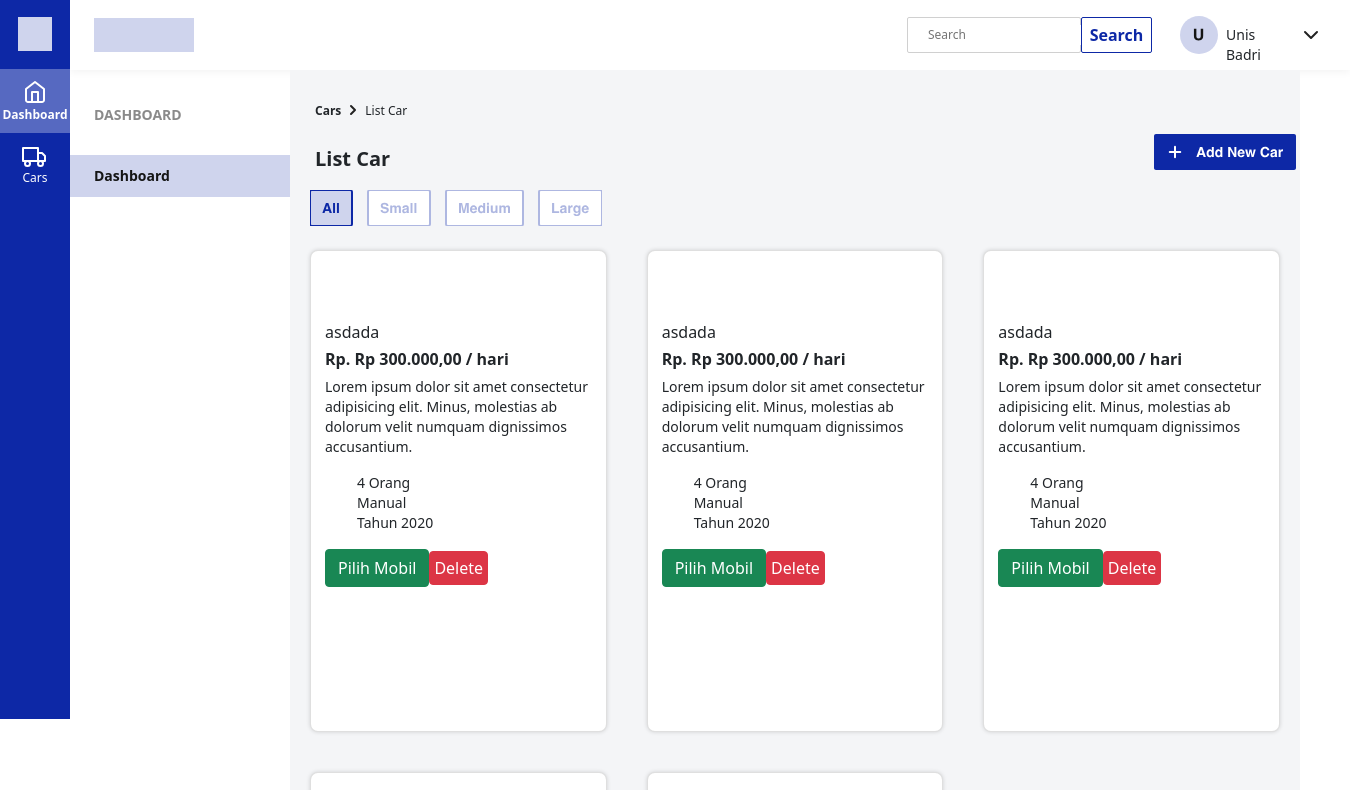
Repository: farrelmuhammad/challenge-7-binar
Page: /carlist
The author's editor kept a copy of each file at every save. The page is drawn from the files as they stood at one save, then again after the next save.
The browser window is 1280 px wide. The page is 1350 px wide, so the pictures cover 1350 px, including what lies to the right of the window. The pictures show the whole page.
An inner scrolling area shows only its first screen. The project was rebuilt for these pictures with package versions that can differ from the ones it lists, and the page was loaded fresh each time. Also part of the build but not shown: src/component/navbar.js, src/component/header.js, src/component/footer.js, src/App.js, src/component/admin/Dashboard/index.jsx, src/pages/admin/Dashboard.js, src/component/searchForm.js, src/pages/cars.js.

Above is the page before, as saved 2022-05-27 19:58:38.

### src/index.css
body {
  font-family: Helvetica Neue, Helvetica, Arial, sans-serif;
  font-style: normal;
  font-weight: normal;
  font-size: 14px;
  line-height: 20px;
  margin: 0;
  padding: 0;
}

h1,
h2,
h3,
h4,
h5 {
  line-height: 150%;
}

.header{
  background-color: #F1F3FF;
}

.footer i {
  color: #0D28A6;
  font-size: x-large;
}

.bg-darkblue{
  background-color: #0D28A6;
}

.logo {
  background-color: #0D28A6;
  width: 100px;
  height: 34px;
}

code {
  font-family: source-code-pro, Menlo, Monaco, Consolas, 'Courier New',
    monospace;
}

.card-cari {
  width: 1047px;
  /* height: 106px; */
  margin-top: -50px;
  z-index: 2;
}
.button-cari {
  width: 92px !important;
  margin-top: 30px;
  height: 36px;
}
.activeCari {
  height: 100%;
  width: 0;
  position: fixed;
  z-index: 2;
  top: 0;
  left: 0;
  background-color: rgba(0, 0, 0, 0.5);
  overflow-x: hidden;
  transition: 0.5s;
  padding-top: 34px;
}

### src/component/admin/Navbar.jsx
import { Link } from 'react-router-dom';
import './Navbar.css';

const Navbar = () => {
  return (
    <header>
      {/* navbar top */}
      <div className="nav-top navbar">
        <div className="logo"></div>
        <span
          className="icon-menu iconify"
          data-icon="charm:menu-hamburger"
          data-width="24"
        ></span>
        <form className="nav-search d-flex">
          <div className="box-search">
            <span
              className="iconify"
              data-icon="akar-icons:search"
              data-width="18"
            ></span>
            <input type="search" placeholder="Search" />
          </div>
          <button className="button-search" type="submit">
            Search
          </button>
        </form>
        <div className="profile">
          <img src="img/profile.svg" alt="profile" />
          <p>Unis Badri</p>
          <img className="dropdown" src="img/dropdown.svg" alt="dropdown" />
        </div>
      </div>

      {/* navbar side */}
      <div className="nav-side">
        <div className="nav-blue">
          <div className="square"></div>
          <div className="frame-menu">
            <div className="dash-img" id="active">
              <a href="/dashboard">
                <img src="/img/dashboard.svg" alt="dashboard" />
              </a>
              <a href="/dashboard">Dashboard</a>
            </div>
            <div className="dash-img">
              <Link to="/carlist">
              <a>
                <img src="/img/cars.svg" alt="cars" />
                Cars
              </a>
              </Link>
            </div>
          </div>
        </div>
        <div className="nav-white">
          <div className="title-menu">
            <h1>DASHBOARD</h1>
          </div>
          <div className="list-menu">
            <h1>Dashboard</h1>
          </div>
        </div>
      </div>
    </header>
  );
};

export default Navbar;

### src/component/admin/Cars/index.jsx

import { Link } from "react-router-dom";
import "./Content.css";

const CarsListContent= () => {
    const dataOrder = [
        {
          id: "1",
          email: "admin@admin.com",
          car: "Innova",
          start: "05-05-2022",
          finish: "08-05-2022",
          price: "Rp 300.000,00",
          status: "Done",
        },
        {
          id: "2",
          email: "admin@admin.com",
          car: "Innova",
          start: "05-05-2022",
          finish: "08-05-2022",
          price: "Rp 300.000,00",
          status: "Done",
        },
        {
          id: "3",
          email: "admin@admin.com",
          car: "Innova",
          start: "05-05-2022",
          finish: "08-05-2022",
          price: "Rp 300.000,00",
          status: "Done",
        },
        {
          id: "4",
          email: "admin@admin.com",
          car: "Innova",
          start: "05-05-2022",
          finish: "08-05-2022",
          price: "Rp 300.000,00",
          status: "Done",
        },
        {
          id: "5",
          email: "admin@admin.com",
          car: "Innova",
          start: "05-05-2022",
          finish: "08-05-2022",
          price: "Rp 300.000,00",
          status: "Done",
        },
      ];

  return (
    <>
      <div className="content">
        <div className="breadcrumb">
          <h1>Cars</h1>
          <img src="img/arrow-right.svg" alt="arrow-right" />
          <p>List Car</p>
        </div>
        <div className="row">
            <div className="col">
                <h1 className="title-h1">List Car</h1>
            </div>
            <div className="col mt-5 p-3 text-end">
                <img src="img/btn-addcar.svg" alt="add new"/>
            </div>
        </div>
        <div className="breadcumb ms-3 p-1">
          <img src="img/breadcumb carlist.svg" alt="" />
        </div>

        {/* order table */}
        <div className="container-car">
            {dataOrder?.map((order, i) => (
                <div key={order.id} className="card">
                    <div className="image">
                        <img src="" alt="" />
                    </div>
                    <div className="info">
                        <h6>asdada</h6>
                        <h6 className="price">Rp. {order.price} / hari</h6>
                        <p>Lorem ipsum dolor sit amet consectetur adipisicing elit. Minus, molestias ab dolorum velit numquam dignissimos accusantium.</p>
                        <ul>
                            <li>4 Orang</li>
                            <li>Manual</li>
                            <li>Tahun 2020</li>
                        </ul>
                        <Link to='/' className="btn btn-success text-white">Pilih Mobil</Link>
                        <Link to='/' className="btn btn-danger text-white p-1">Delete</Link>
                    </div>
                </div>
            ))}
        </div>

        {/* table navigation */}
        <div className="table-nav">
          <div className="limit-nav">
            <p>Limit</p>
            <img src="img/form-drop.svg" alt="form-drop" />
          </div>
          <div className="jump-nav">
            <p>Jump to page</p>
            <img src="img/form-drop-2.svg" alt="form-drop-2" />
          </div>
          <div className="go-nav">
            <h1>Go</h1>
          </div>
          <div className="page-number">
            <img src="img/page-number.svg" alt="page-number" />
          </div>
        </div>

        <div className="list-car">
          <img src="img/line-blue.svg" alt="" />
          <h1>List Car</h1>
        </div>
        {/* car table */}
        <div className="list-table">
          <table className="table table-borderless">
            <thead>
              <tr>
                <th style={{ textAlign: "center" }}>No</th>
                <th>
                  Name
                  <img className="sort" src="img/sort.svg" alt="sort" />
                </th>
                <th>
                  Category
                  <img className="sort" src="img/sort.svg" alt="sort" />
                </th>
                <th>
                  Price
                  <img className="sort" src="img/sort.svg" alt="sort" />
                </th>
                <th>
                  Start Rent
                  <img className="sort" src="img/sort.svg" alt="sort" />
                </th>
                <th>
                  Finish Rent
                  <img className="sort" src="img/sort.svg" alt="sort" />
                </th>
                <th>
                  Created at
                  <img className="sort" src="img/sort.svg" alt="sort" />
                </th>
                <th>
                  Updated at
                  <img className="sort" src="img/sort.svg" alt="sort" />
                </th>
              </tr>
            </thead>
            <tbody>
              {/* {dataCarAdmin?.map((car, i) => (
                <>
                  <tr>
                    <td key={car.id} style={{ textAlign: "center" }}>
                      {i + 1}
                    </td>
                    <td>{car.name}</td>
                    <td>{car.category}</td>
                    <td>{car.price}</td>
                    <td>{car.start_rent_at}</td>
                    <td>{car.finish_rent_at}</td>
                    <td>{car.createdAt}</td>
                    <td>{car.updatedAt}</td>
                  </tr>
                </>
              ))} */}
            </tbody>
          </table>
        </div>

        {/* table navigation */}
        <div className="table-nav">
          <div className="limit-nav">
            <p>Limit</p>
            <img src="img/form-drop.svg" alt="form-drop" />
          </div>
          <div className="jump-nav">
            <p>Jump to page</p>
            <img src="img/form-drop-2.svg" alt="form-drop-2" />
          </div>
          <div className="go-nav">
            <h1>Go</h1>
          </div>
          <div className="page-number">
            <img src="img/page-number.svg" alt="page-number" />
          </div>
        </div>
      </div>
    </>
  );
};

export default CarsListContent

### src/component/admin/Navbar.css
h1 {
    font-size: 14px;
    line-height: 20px;
}

header .nav-top {
    position: absolute;
    width: 1280px;
    height: 70px;
    left: 70px;
    right: 0;
    top: 0px;
    box-shadow: 0px 2px 8px rgba(0, 0, 0, 0.05);
}

header .nav-top .logo {
    position: absolute;
    width: 100px;
    height: 34px;
    left: 24px;
    top: 18px;
    background: #CFD4ED;
}

header .nav-top .icon-menu {
    position: absolute;
    width: 24px;
    height: 24px;
    left: 244px;
    top: 23px;
}

header .nav-top .nav-search {
    display: flex;
    flex-direction: row;
    align-items: flex-start;
    padding: 0px;
    position: absolute;
    width: 245px;
    height: 36px;
    left: 837px;
    top: 17px;
}

header .nav-top .nav-search .box-search {
    display: flex;
    flex-direction: row;
    align-items: center;
    padding-left: 12px;
    width: 174px;
    height: 36px;
    border: 1px solid #D0D0D0;
    border-radius: 2px;
    font-size: 12px;
    line-height: 18px;
    color: #8A8A8A;
}

header .nav-top .nav-search .box-search > input {
    border: none;
    outline: none;
    padding-left: 8px;
}

header .nav-top .nav-search .button-search {
    display: flex;
    flex-direction: row;
    justify-content: center;
    align-items: center;
    padding: 8px 12px;
    width: 71px;
    height: 36px;
    background-color: white;
    border: 1px solid #0D28A6;
    border-radius: 2px;
    font-weight: 700;
    color:#0D28A6;
}

header .nav-top .profile {
    display: flex;
    flex-direction: row;
    align-items: center;
    position: absolute;
    width: 143px;
    height: 38px;
    left: 1110px;
    right: 24px;
    top: 16px;
}

header .nav-top .profile > p {
    position: absolute;
    width: 65px;
    height: 20px;
    left: 46px;
    top: 9px;
    font-weight: 400;
    font-size: 14px;
    line-height: 20px;
}

header .nav-top .profile .dropdown {
    position: absolute;
    width: 24px;
    height: 24px;
    left: 119px;
    top: 7px;
}

header .nav-side {
    position: absolute;
    width: 290px;
    height: 100%;
    left: 0px;
    top: -1px;
}

header .nav-side .nav-blue {
    position: absolute;
    left: 0%;
    right: 75.86%;
    top: 0%;
    bottom: 0%;
    background: #0D28A6;
}

header .nav-side .nav-blue .square {
    position: absolute;
    width: 34px;
    height: 34px;
    left: 18px;
    top: 18px;
    background: #CFD4ED;
}

header .nav-side .nav-blue .frame-menu {
    display: flex;
    flex-direction: column;
    align-items: flex-start;
    padding: 0px;
    position: absolute;
    width: 70px;
    height: 128px;
    left: 0px;
    top: 70px;
}

header .nav-side .nav-blue .frame-menu .dash-img {
    display: flex;
    flex-direction: column;
    justify-content: center;
    align-items: center;
    padding: 20px 23px;
    position: static;
    width: 70px;
    height: 64px;
    left: 0px;
    top: 0px;
}

#active {
    font-weight: 700;
    background: rgba(255, 255, 255, 0.3);
}

header .nav-side .nav-blue .frame-menu .dash-img a {
    font-size: 12px;
    line-height: 18px;
    margin-top: 2px;
    text-decoration: none;
    color: white;
}

header .nav-side .nav-blue img:last-child {
    margin-top: 0;
}

header .nav-side .nav-white {
    position: absolute;
    left: 24.14%;
    right: 0%;
    top: 7.76%;
    bottom: 0.22%;
}

header .nav-side .nav-white .title-menu {
    position: absolute;
    width: 220px;
    height: 42px;
    left: 24px;
    top: 50px;
}

header .title-menu h1 {
    font-weight: 700;
    color: #8A8A8A;
    left: 24px;
}

header .nav-side .nav-white .list-menu {
    position: static;
    margin-top: 100px;
    width: 220px;
    height: 42px;
    padding: 11px 24px;
    background: #CFD4ED;
}

header .list-menu h1 {
    font-weight: 700;
    color: #151515;
    left: 24px;
}

### src/component/admin/Dashboard/Content.css
.content {
    position: absolute;
    overflow: auto;
    left: 290px;
    top: 70px;
    /* width: 1280px; */
    height: 100%;
    background: #F4F5F7;
    font-size: 14px;
    line-height: 20px;
}

.content .breadcrumb {
    position: absolute;
    width: 300px;
    height: 18px;
    left: 25px;
    top: 32px;
}

.content .breadcrumb > h1 {
    font-size: 12px;
    line-height: 18px;
    font-weight: 700;
}

.content .breadcrumb > p {
    font-size: 12px;
    line-height: 18px;
    font-weight: 300;
}

.content .breadcrumb > img {
    width: 16px;
    height: 16px;
    margin-left: 4px;
    margin-right: 4px;
}

.content .title-h1 {
    font-size: 20px;
    line-height: 30px;
    font-weight: 700;
    margin-left: 25px;
    margin-top:74px;
}

.content .list-order {
    margin-top: 24px;
    position: absolute;
    width: 79px;
    height: 24px;
    margin-left: 25px;
}

.content .list-order > img {
    width: 4px;
    height: 24px;
}

.content .list-order > h1 {
    float: right;
    font-weight: 700;
    margin-left: 8px;
}

.content .list-table table {
    margin-left: 25px;
    margin-top: 72px;
    width: 100%;
    table-layout: fixed;
    background-color: white;
    border: 1px solid none;
    border-radius: 2px;
}

.content .list-table table thead {
    background-color: rgba(207, 212, 237, 1);
    font-weight: 700;
}

.content .list-table table thead th:first-child {
    width: 40px;
}

.content .list-table table thead th > img {
    float: right;
}

.content .table-nav {
    display: flex;
    flex-direction: row;
    width: 1010px;
    font-size: 12px;
    line-height: 18px;
    font-weight: 300;
}

.content .table-nav .limit-nav{
    margin-left: 25px;
}

.content .table-nav .limit-nav p {
    font-size: 12px;
    line-height: 18px;
}

.content .table-nav .jump-nav {
    margin-left: 24px;
}

.content .table-nav .jump-nav p {
    font-size: 12px;
    line-height: 18px;
}

.content .table-nav .go-nav {
    width: 43px;
    height: 36px;
    margin-top: 34px;
    background: #0D28A6;
    border-radius: 0px 2px 2px 0px;
}

.content .table-nav .go-nav > h1 {
    text-align: center;
    font-weight: bold;
    color: white;
    padding: 8px 8px;
}

.content .table-nav .page-number {
    margin-top: 33px;
    margin-left: 550px;
}

.content .list-car {
    margin-top: 24px;
    position: absolute;
    width: 65px;
    height: 24px;
    margin-left: 25px;
}

.content .list-car > img {
    width: 4px;
    height: 24px;
}

.content .list-car > h1 {
    float: right;
    font-weight: 700;
    margin-left: 8px;
}

.content .title-button-car {
    display: inline-flex;
}

.content .title-button-car > h1 {
    margin-right: 800px;
}

.content .title-button-car > a img {
    margin-top: 74px;
}

.content .button-category {
    margin-top: 24px;
    margin-left: 8px;
    display: inline-flex;
}

.content .button-category img {
    margin-left: 16px;
}

.content .cars-card {
    width: 320px;
    height: 482px;
    margin-left: 25px;
    margin-top: 24px;
    box-shadow: 0px 0px 4px rgba(0, 0, 0, 0.15);
    border-radius: 8px;
}

.content .cars-card .card-img-top {
    width: 270px;
    height: 160px;
    margin: auto;
    margin-top: 55px;
}

.content .cars-card .card-body {
    padding: 24px;
}

.content .cars-card .card-body .bold-h1 {
    font-weight: 700;
    font-size: 16px;
    line-height: 24px;
    margin-bottom: 0;
}

.content .cars-card .card-body-text {
    display: inline-flex;
    width: 303px;
    height: 20px;
    margin-top: 16px;
}

.content .cars-card .card-body-text img {
    margin-right: 8px;
    width: 20px;
    height: 20px;
}

.content .cars-card .button-card {
    display: inline-flex;
    margin-left: 8px;
    margin-top: 24px;
}

.content .cars-card .button-card img {
    width: 120px;
}

.content .cars-card .button-card img:last-child {
    margin-left: 16px;
}

.content .form-add-new-car {
    width: 1010px;
    height: 350px;
    background: white;
    margin-top: 32px;
    margin-left: 25px;
}

.content .form-add-new-car .content-form {
    padding-top: 16px;
    padding-left: 25px;
    font-weight: 300;
    font-size: 12px;
    line-height: 18px;
}

.content .form-add-new-car .content-form label {
    width: 147px;
}

.content .form-add-new-car .content-form input {
    width: 339px;
    height:auto;
    border: 1px solid #D0D0D0;
    border-radius: 2px;
    color: #8A8A8A;
    font-weight: 300;
    font-size: 12px;
    line-height: 18px;
}

.content .form-add-new-car .content-form .content-box {
    margin-left: 4px;
}

.content .form-add-new-car .content-h1 h1 {
    display: inline-flex;
    margin-left: 25px;
    margin-top: 16px;
    font-weight: 300;
    font-size: 12px;
    line-height: 18px;
}

.content .form-add-new-car .content-h1 h1:first-child {
    width: 147px;
}

.content .form-add-new-car .content-h1 h1:last-child {
    margin-left: 8px;
}

.content .button-form {
    display: inline-flex;
    margin-left: 9px;
}

.content .button-form img {
    margin-left: 16px;
    margin-top: 282px;
    margin-bottom: 40px;
}

Loaded but not shown: public/index.html (common file); src/app/store.js (common file); src/reportWebVitals.js (common file); src/features/counter/counterAPI.js (common file); src/features/counter/counterSlice.js (73 lines, source omitted); src/index.js (26 lines, source omitted); src/Routes.js (23 lines, source omitted); src/pages/admin/CarsList.js (14 lines, source omitted); src/component/admin/Cars/Content.css (333 lines, source omitted)

After the next save:
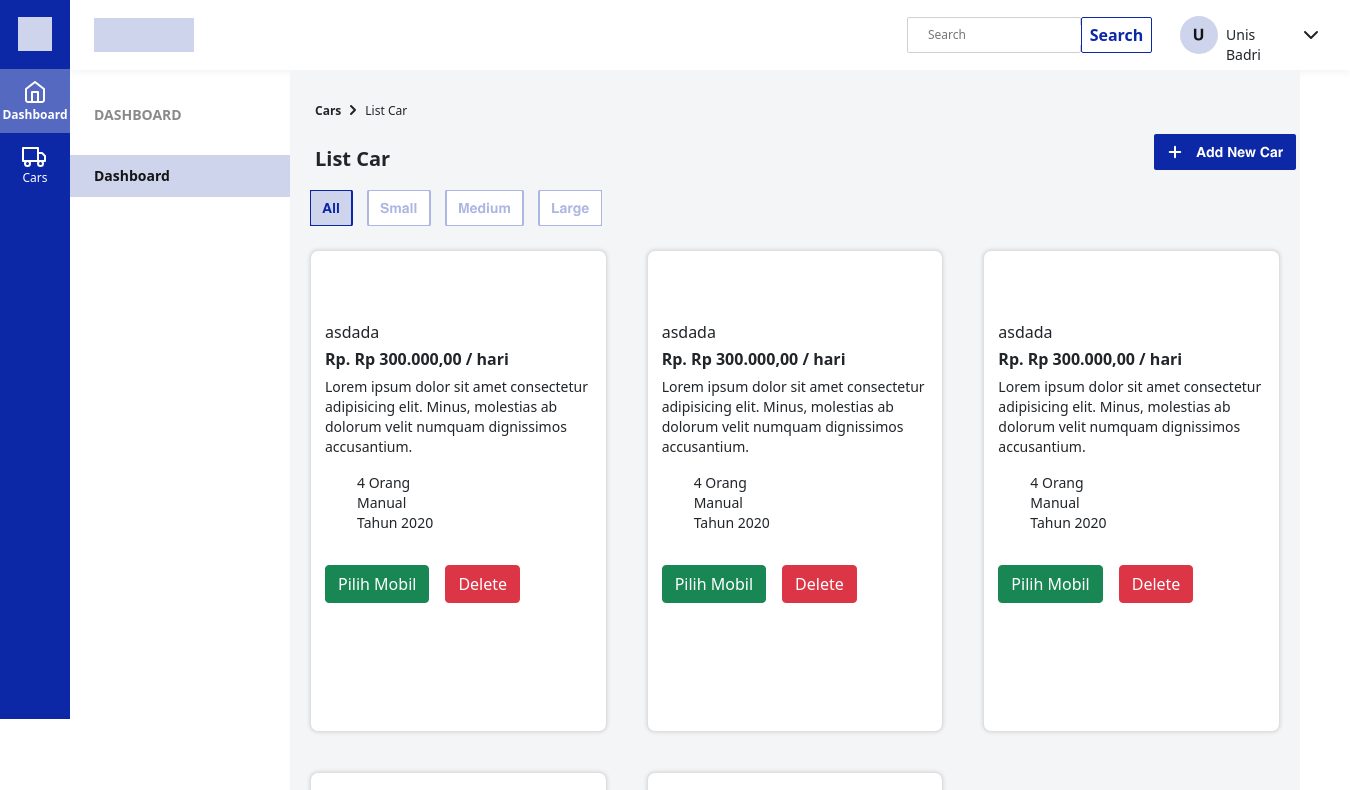
Saved 9 s later.
--- a/src/component/admin/Cars/index.jsx
+++ b/src/component/admin/Cars/index.jsx
@@ -88,7 +88,7 @@ const CarsListContent= () => {
                             <li>Tahun 2020</li>
                         </ul>
                         <Link to='/' className="btn btn-success text-white">Pilih Mobil</Link>
-                        <Link to='/' className="btn btn-danger text-white p-1">Delete</Link>
+                        <Link to='/' className="btn btn-danger text-white m-3">Delete</Link>
                     </div>
                 </div>
             ))}
